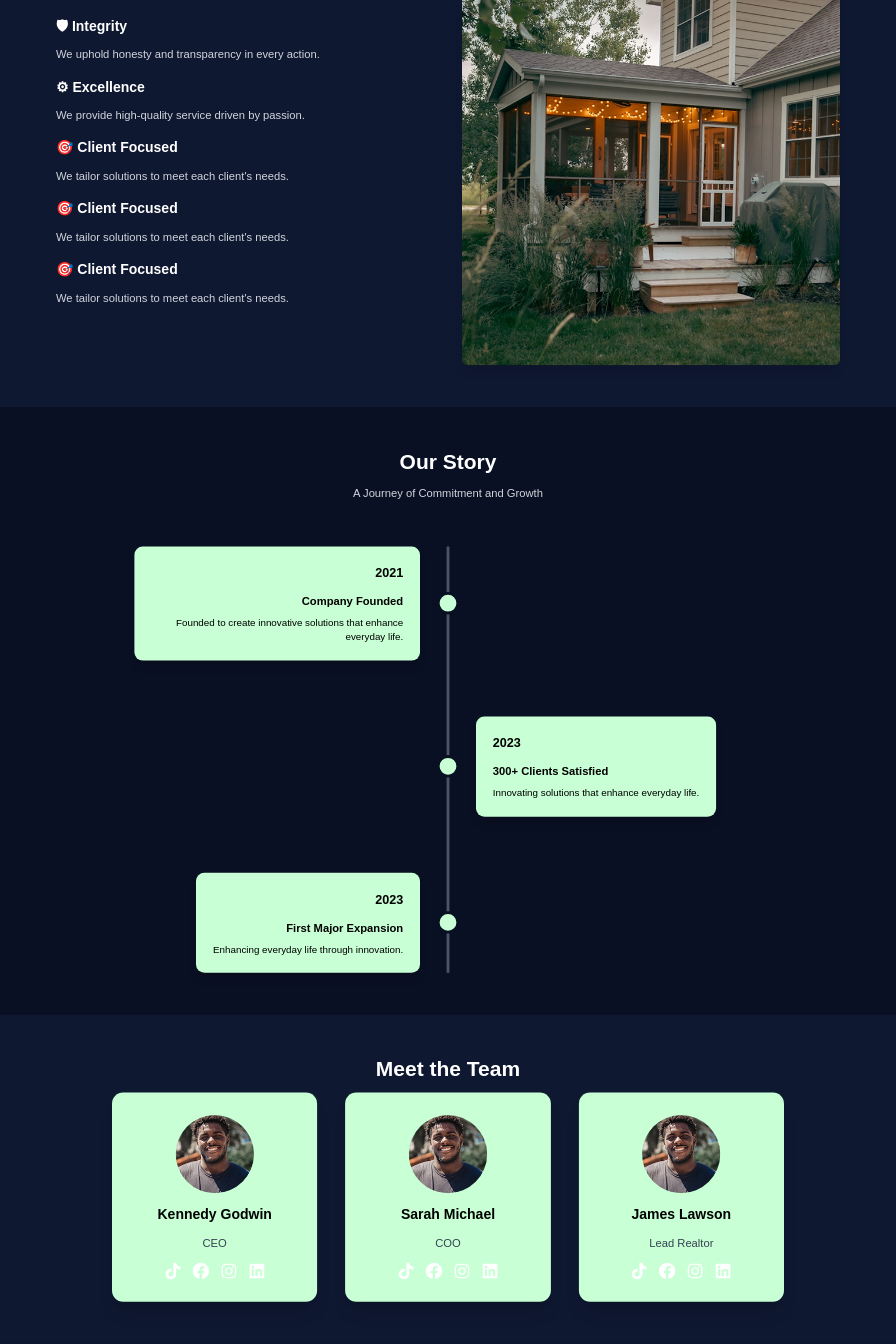
Repository: techvaro/Big-kens-realty-Frontend-react-
Page: /about (app in big-kens-realty/)
An editor plug-in stored every save of this project. The page is shown before and after the next save, followed by the edit.
The browser window is 1280 px wide. The pictures show the part of the page from y = 824 to 2744 px (the page is 2744 px tall), at 70% of full size.
The project was rebuilt for these pictures with package versions that can differ from the ones it lists, and the page was loaded fresh each time. Also part of the build but not shown: big-kens-realty/vite.config.js, big-kens-realty/src/components/Footer/Footer.jsx, big-kens-realty/src/components/Home/hero.jsx, big-kens-realty/src/components/Home/Services.jsx, big-kens-realty/src/components/Home/Stats.jsx, big-kens-realty/src/components/Home/About.jsx, big-kens-realty/src/components/Home/FeaturedProperties.jsx, big-kens-realty/src/components/Home/AutoMobileSale.jsx and 2 more.

Above is the page before, as saved 2025-12-08 16:22:49.

After the next save:
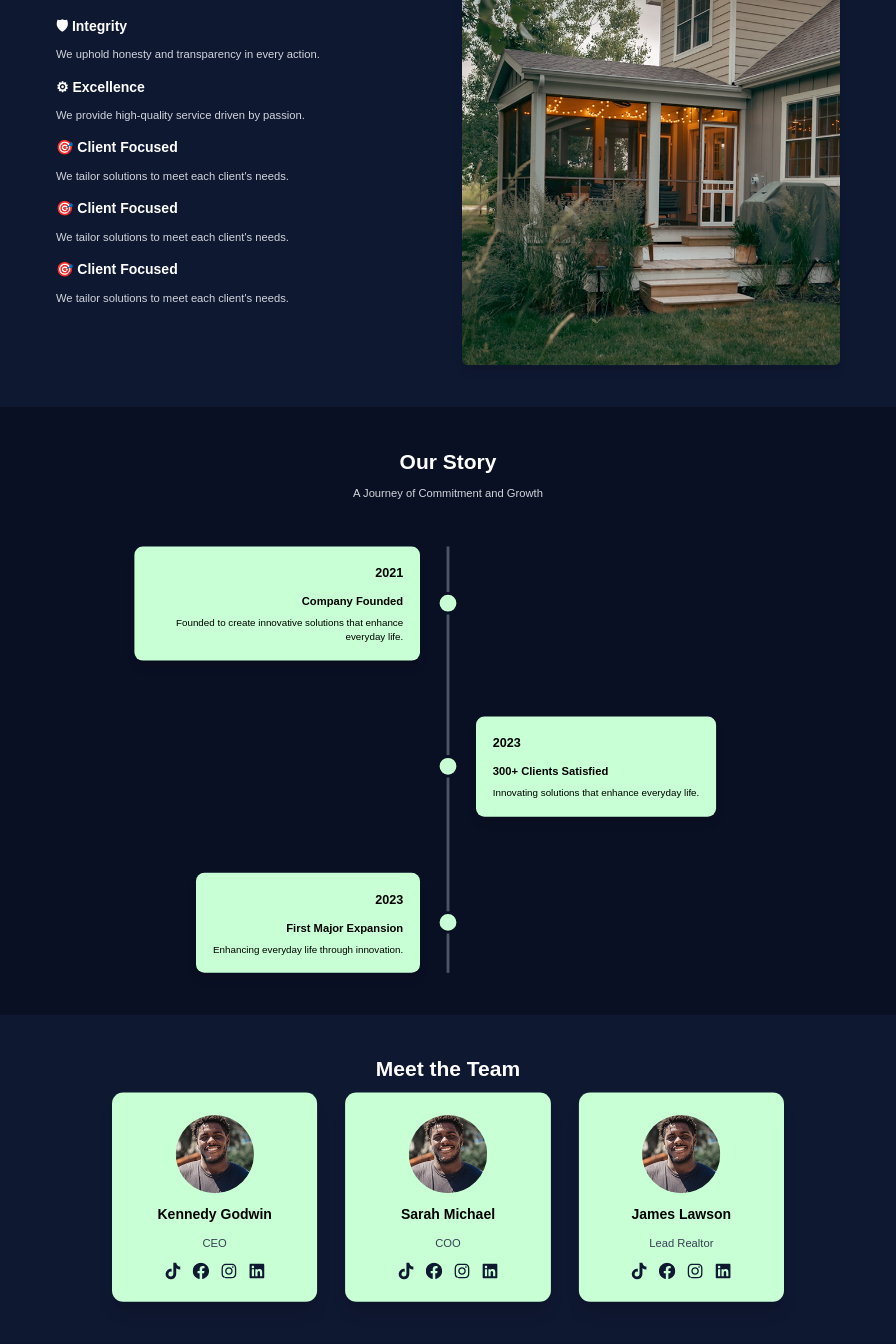
Saved 46 s later.
--- a/big-kens-realty/src/components/About/Team.jsx
+++ b/big-kens-realty/src/components/About/Team.jsx
@@ -59,7 +59,7 @@ export default function TeamSection() {
             <p className="text-gray-700 mb-4">{member.role}</p>
 
             {/* Social Icons */}
-            <div className="flex justify-center space-x-4 text-lg text-white">
+            <div className="flex justify-center space-x-4 text-lg text-[#0F1831]">
                 <a href={member.socials.tiktok} target="_blank" rel="noopener noreferrer">
                     <FaTiktok className="w-6 h-6 hover:text-gray-400 transition" />
                 </a>
